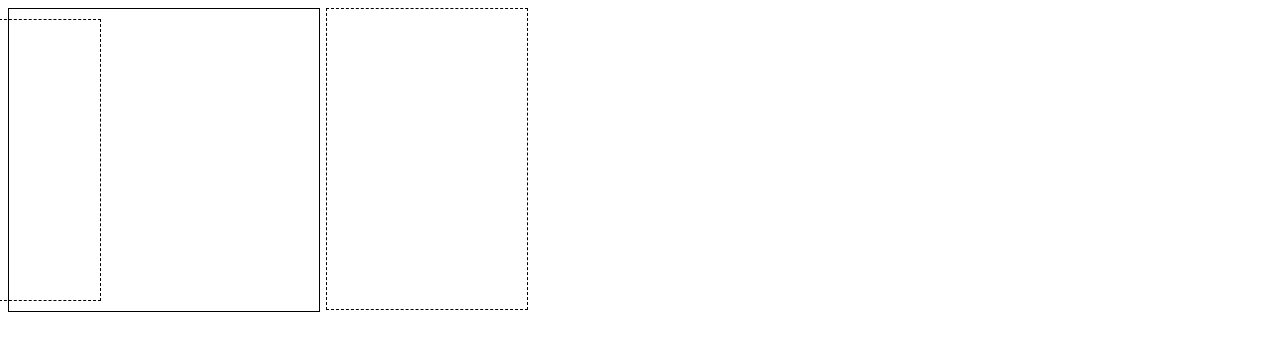
Repository: HuangHhuang/LeetCode
Page: 每日一题/阿里面试题1.html
The author's editor kept a copy of each file at every save. The page is drawn from the files as they stood at one save, then again after the next save.
The browser window is 1280 px wide. The pictures show the whole page.

Above is the page before, as saved 2021-06-23 18:52:29.

After the next save:
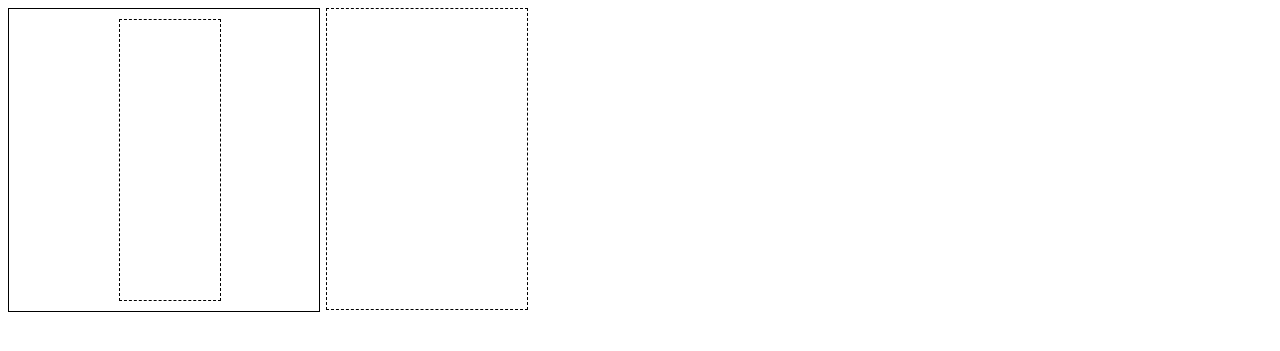
Saved 10 s later.
--- a/每日一题/阿里面试题1.html
+++ b/每日一题/阿里面试题1.html
@@ -9,7 +9,7 @@
         #page { width: 520px; }
         .nav  { width: 200px; float: right; }
         .main { width: 200px; float: left; padding-left: 110px; }
-        .sub  { width: 100px; float: left; margin: 10px 0px 10px -120px; }
+        .sub  { width: 100px; float: left; margin: 10px 0px 10px 0px; }
         .main { border: 1px solid #000; }
         .nav, .sub { border: 1px dashed #000; height: 300px; }
         .sub { height: 280px; }
